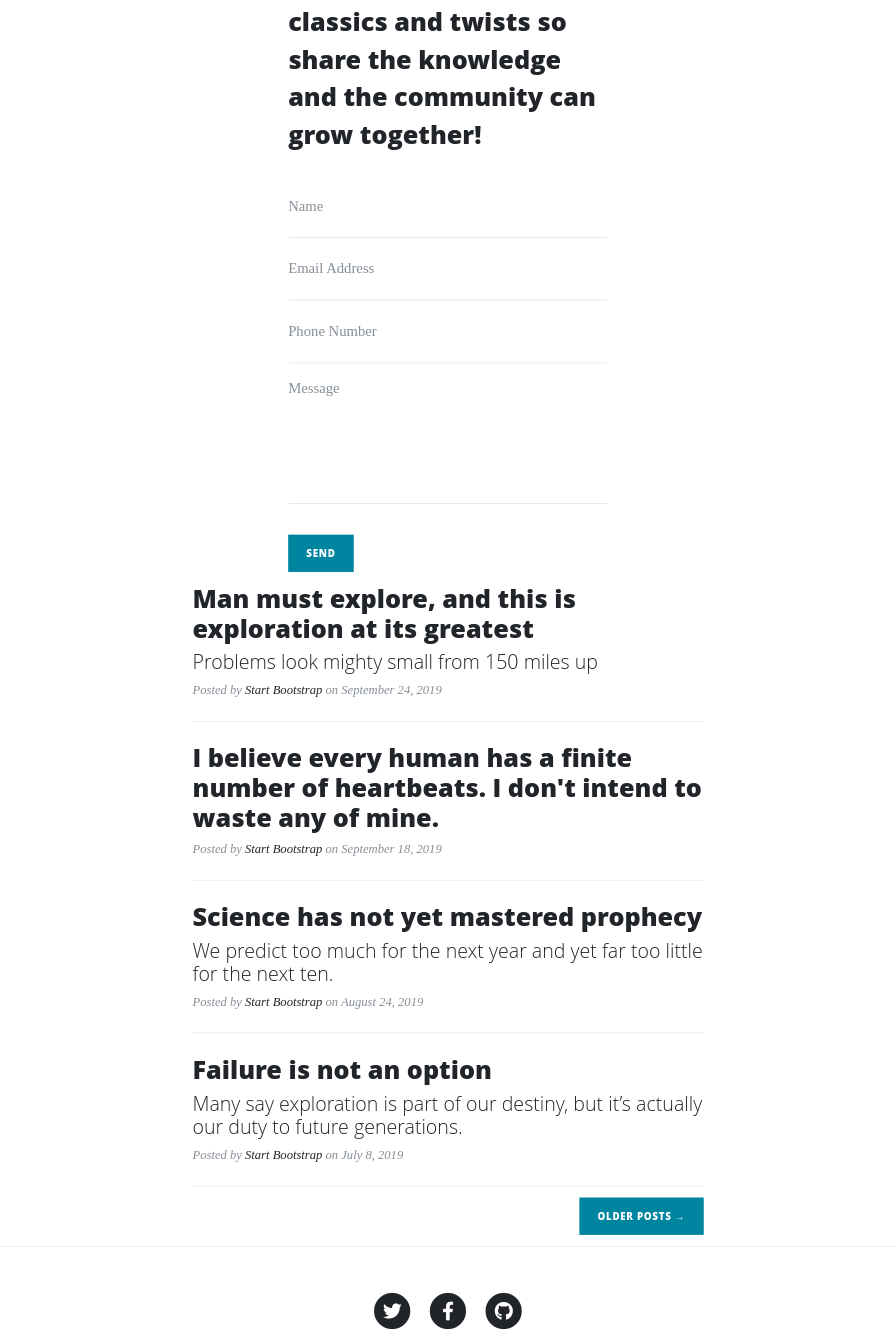
Repository: LiamB123/Booze-Clues
Page: http://localhost/add_recipe
The author's editor kept a record of every edit. The page is drawn from the files as they stood at one moment, then again after the next edit.
The browser window is 1280 px wide. The pictures show the part of the page from y = 800 to 2720 px (the page is 2816 px tall before and 2869 px after), at 70% of full size.
Some web fonts or font styles are not loaded; a fallback is used. The page is served by the project's application, run on Flask 3 (app.py). Other server files are loaded and not shown. Queries for data that is not in the repository find no rows.

Above is the page before.

### templates/add_recipe.html
{% extends 'base.html' %}

{% block content %}
  <div class="container">
    <div class="row">
      <div class="col-lg-8 col-md-10 mx-auto">
        <p>Have a saucy little number to add to our collection? We love classics and twists so share the knowledge and the community can grow together!</p>
        <!-- Contact Form - Enter your email address on line 19 of the mail/contact_me.php file to make this form work. -->
        <!-- WARNING: Some web hosts do not allow emails to be sent through forms to common mail hosts like Gmail or Yahoo. It's recommended that you use a private domain email address! -->
        <!-- To use the contact form, your site must be on a live web host with PHP! The form will not work locally! -->
        <form name="sentMessage" id="contactForm" novalidate>
          <div class="control-group">
            <div class="form-group floating-label-form-group controls">
              <label>Drink Name </label>
              <input type="text" class="form-control" placeholder="Name" id="name" required data-validation-required-message="Please enter your name.">
              <p class="help-block text-danger"></p>
            </div>
          </div>
          <div class="control-group">
            <div class="form-group floating-label-form-group controls">
              <label>Email Address</label>
              <input type="email" class="form-control" placeholder="Email Address" id="email" required data-validation-required-message="Please enter your email address.">
              <p class="help-block text-danger"></p>
            </div>
          </div>
          <div class="control-group">
            <div class="form-group col-xs-12 floating-label-form-group controls">
              <label>Phone Number</label>
              <input type="tel" class="form-control" placeholder="Phone Number" id="phone" required data-validation-required-message="Please enter your phone number.">
              <p class="help-block text-danger"></p>
            </div>
          </div>
          <div class="control-group">
            <div class="form-group floating-label-form-group controls">
              <label>Message</label>
              <textarea rows="5" class="form-control" placeholder="Message" id="message" required data-validation-required-message="Please enter a message."></textarea>
              <p class="help-block text-danger"></p>
            </div>
          </div>
          <br>
          <div id="success"></div>
          <div class="form-group">
            <button type="submit" class="btn btn-primary" id="sendMessageButton">Send</button>
          </div>
        </form>
      </div>
    </div>
  </div>


{% endblock %}

### templates/base.html
<!DOCTYPE html>
<html lang="en">
<head>
    <meta charset="UTF-8">
    <meta name="viewport" content="width=device-width, initial-scale=1.0">
    <meta http-equiv="X-UA-Compatible" content="ie=edge">
    <title> Booze Bible </title>

   <!-- Bootstrap core CSS -->
  <link href="{{url_for('static', filename='vendor/bootstrap/css/bootstrap.min.css')}}" rel="stylesheet">

  <!-- Custom fonts for this template -->
  <link href="{{url_for('static', filename='vendor/fontawesome-free/css/all.min.css')}}" rel="stylesheet" type="text/css">
  <link href="{{url_for('static', filename='https://fonts.googleapis.com/css?family=Lora:400,700,400italic,700italic')}}" rel='stylesheet' type='text/css'>
  <link href="{{url_for('static',filename='https://fonts.googleapis.com/css?family=Open+Sans:300italic,400italic,600italic,700italic,800italic,400,300,600,700,800')}}" rel='stylesheet' type='text/css'>

  <!-- Custom styles for this template -->
  <link href="{{url_for('static', filename='css/clean-blog.min.css') }}" rel="stylesheet">
<body>


  <!-- Navigation -->
  <nav class="navbar navbar-expand-lg navbar-light fixed-top" id="mainNav">
    <div class="container">
      <a class="navbar-brand" href="index.html"><i class="fas fa-cocktail"></i><i class="fas fa-search"></i></a>
      <button class="navbar-toggler navbar-toggler-right" type="button" data-toggle="collapse" data-target="#navbarResponsive" aria-controls="navbarResponsive" aria-expanded="false" aria-label="Toggle navigation">
        Menu
        <i class="fas fa-bars"></i>
      </button>
      <div class="collapse navbar-collapse" id="navbarResponsive">
        <ul class="navbar-nav ml-auto">
          <li class="nav-item">
            <a class="nav-link" href="{{url_for('home')}}">Home</a>
          </li>
          <li class="nav-item">
            <a class="nav-link" href="about.html">About Us</a>
          </li>
          <li class="nav-item">
            <a class="nav-link" href="{{url_for('get_recipes')}}">Recipes!</a>
          </li>
          <li class="nav-item">
            <a class="nav-link" href="{{url_for('add_recipe')}}">Add to the collection!</a>
          </li>
        </ul>
      </div>
    </div>
  </nav>

  <!-- Page Header -->
  <header class="masthead" style="background-image: Cocktail_header.jpg">
  <div class="overlay"></div>
    <div class="container">
      <div class="row">
        <div class="col-lg-8 col-md-10 mx-auto">
          <div class="site-heading">
            <h1>Booze Clues</h1>
            <span class="subheading">An Almanac of the Alcoholic Arts</span>
          </div>
        </div>
      </div>
    </div>
  </header>

  <!-- Main Content -->
  <div class="container">
    <div class="row">
      <div class="col-lg-8 col-md-10 mx-auto">
        <div class="post-preview">
          <a href="post.html">
            <h2 class="post-title">

      {% block content %}
      {% endblock %}

              Man must explore, and this is exploration at its greatest
            </h2>
            <h3 class="post-subtitle">
              Problems look mighty small from 150 miles up
            </h3>
          </a>
          <p class="post-meta">Posted by
            <a href="#">Start Bootstrap</a>
            on September 24, 2019</p>
        </div>
        <hr>
        <div class="post-preview">
          <a href="post.html">
            <h2 class="post-title">
              I believe every human has a finite number of heartbeats. I don't intend to waste any of mine.
            </h2>
          </a>
          <p class="post-meta">Posted by
            <a href="#">Start Bootstrap</a>
            on September 18, 2019</p>
        </div>
        <hr>
        <div class="post-preview">
          <a href="post.html">
            <h2 class="post-title">
              Science has not yet mastered prophecy
            </h2>
            <h3 class="post-subtitle">
              We predict too much for the next year and yet far too little for the next ten.
            </h3>
          </a>
          <p class="post-meta">Posted by
            <a href="#">Start Bootstrap</a>
            on August 24, 2019</p>
        </div>
        <hr>
        <div class="post-preview">
          <a href="post.html">
            <h2 class="post-title">
              Failure is not an option
            </h2>
            <h3 class="post-subtitle">
              Many say exploration is part of our destiny, but it’s actually our duty to future generations.
            </h3>
          </a>
          <p class="post-meta">Posted by
            <a href="#">Start Bootstrap</a>
            on July 8, 2019</p>
        </div>
        <hr>
        <!-- Pager -->
        <div class="clearfix">
          <a class="btn btn-primary float-right" href="#">Older Posts &rarr;</a>
        </div>
      </div>
    </div>
  </div>

  <hr>

  <!-- Footer -->
  <footer>
    <div class="container">
      <div class="row">
        <div class="col-lg-8 col-md-10 mx-auto">
          <ul class="list-inline text-center">
            <li class="list-inline-item">
              <a href="#">
                <span class="fa-stack fa-lg">
                  <i class="fas fa-circle fa-stack-2x"></i>
                  <i class="fab fa-twitter fa-stack-1x fa-inverse"></i>
                </span>
              </a>
            </li>
            <li class="list-inline-item">
              <a href="#">
                <span class="fa-stack fa-lg">
                  <i class="fas fa-circle fa-stack-2x"></i>
                  <i class="fab fa-facebook-f fa-stack-1x fa-inverse"></i>
                </span>
              </a>
            </li>
            <li class="list-inline-item">
              <a href="#">
                <span class="fa-stack fa-lg">
                  <i class="fas fa-circle fa-stack-2x"></i>
                  <i class="fab fa-github fa-stack-1x fa-inverse"></i>
                </span>
              </a>
            </li>
          </ul>
          <p class="copyright text-muted">Copyright &copy; Your Website 2019</p>
        </div>
      </div>
    </div>
  </footer>


    </div>



      <!-- Bootstrap core JavaScript -->
  <script src="{{url_for('static', filename='vendor/jquery/jquery.min.js' ) }}"></script>
  <script src="{{url_for('static', filename='vendor/bootstrap/js/bootstrap.bundle.min.js' ) }}"></script>

  <!-- Custom scripts for this template -->
  <script src="{{url_for('static', filename='js/clean-blog.min.js' ) }}"></script>
</body>
</html>

### app.py
import os
from flask import Flask, render_template , redirect , request , url_for
from flask_pymongo import PyMongo
from bson.objectid import ObjectId


app = Flask(__name__)

app.config["MONGO_DBNAME"] = 'drinks'
app.config["MONGO_URI"] = os.environ.get('MONGO_URI')

mongo = PyMongo(app)


@app.route('/')

@app.route('/home')
def home():
    return render_template("home.html")


@app.route('/get_recipes')
def get_recipes():
    return render_template("recipes.html", drinks_list=mongo.db.drinks_list.find())


@app.route('/add_recipe')
def add_recipe():
    return render_template('add_recipe.html', spirits=mongo.db.spirits.find())




if __name__ == '__main__':
    app.run(host=os.environ.get('IP'),
            port=int(os.environ.get('PORT')),
            debug=True)

Loaded but not shown: static/css/clean-blog.min.css (library); static/js/clean-blog.min.js (common file)

After the next edit:
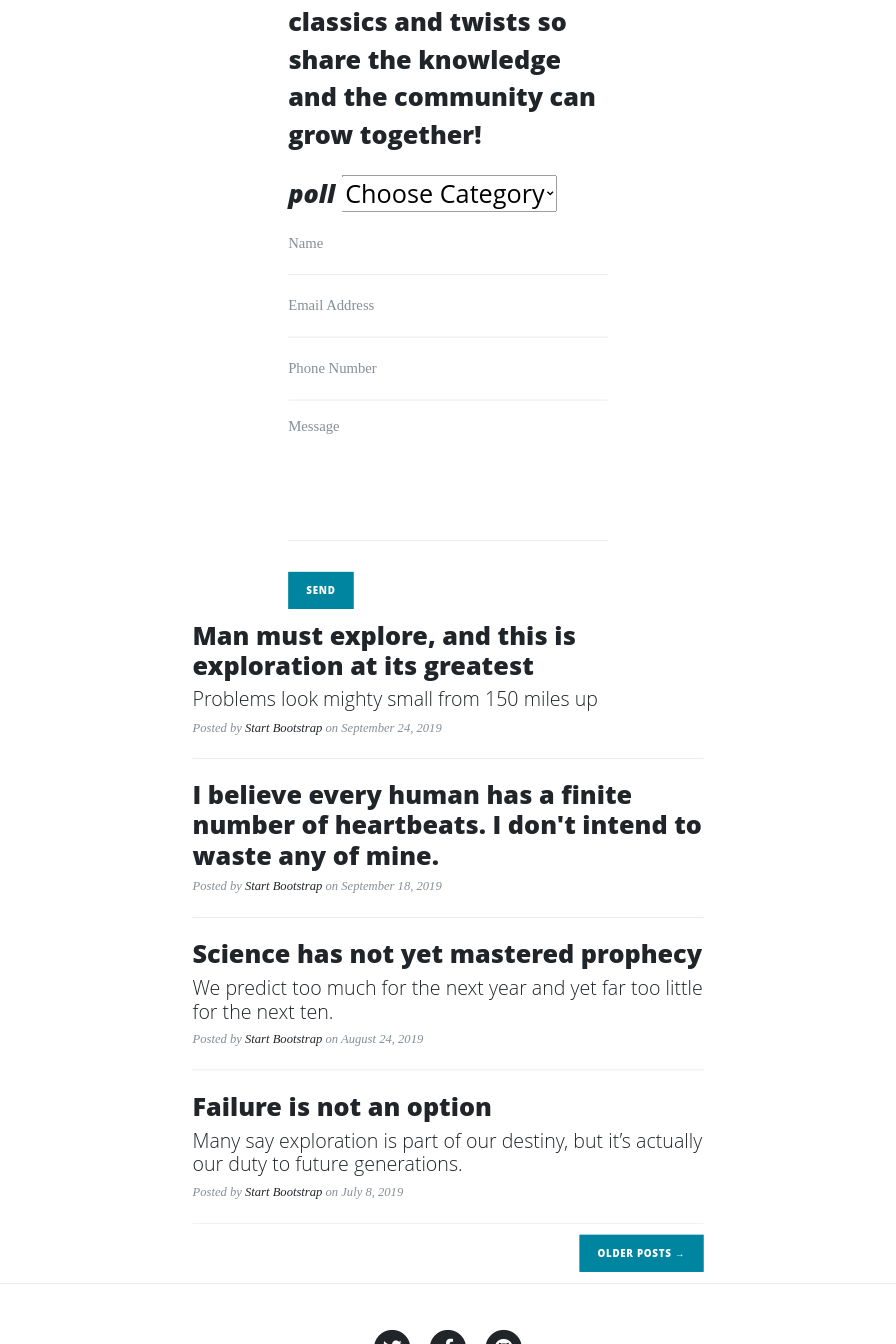
The edit:
--- a/templates/add_recipe.html
+++ b/templates/add_recipe.html
@@ -9,6 +9,19 @@
         <!-- WARNING: Some web hosts do not allow emails to be sent through forms to common mail hosts like Gmail or Yahoo. It's recommended that you use a private domain email address! -->
         <!-- To use the contact form, your site must be on a live web host with PHP! The form will not work locally! -->
         <form name="sentMessage" id="contactForm" novalidate>
+
+
+            <div class="row">
+                <div class="input-field col s12">
+                    <i class="material-icons prefix">poll</i>
+                    <select id="category" name="category_name">
+                  <option value="" disabled selected>Choose Category</option>
+                  {% for cat in categories %}
+                      <option value="{{cat.category_name}}">{{cat.category_name}}</option>
+                  {% endfor %}
+                </select>
+
+
           <div class="control-group">
             <div class="form-group floating-label-form-group controls">
               <label>Drink Name </label>
